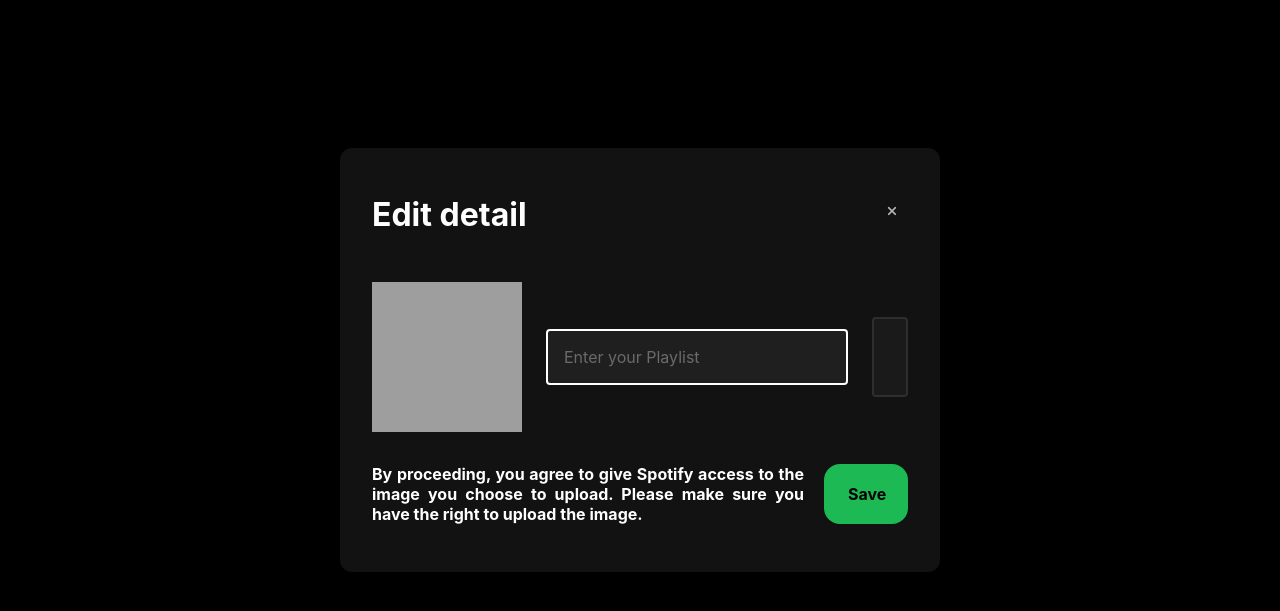
Repository: lannguyen1301/f8-zoom-module2
Page: nhap.html
An editor plug-in stored every save of this project. The page is shown before and after the next save, followed by the edit.
The browser window is 1280 px wide. The pictures show the whole page.
Pictures or frames that could not be fetched are drawn as grey boxes.

Above is the page before, as saved 2025-08-15 23:38:42.

After the next save:
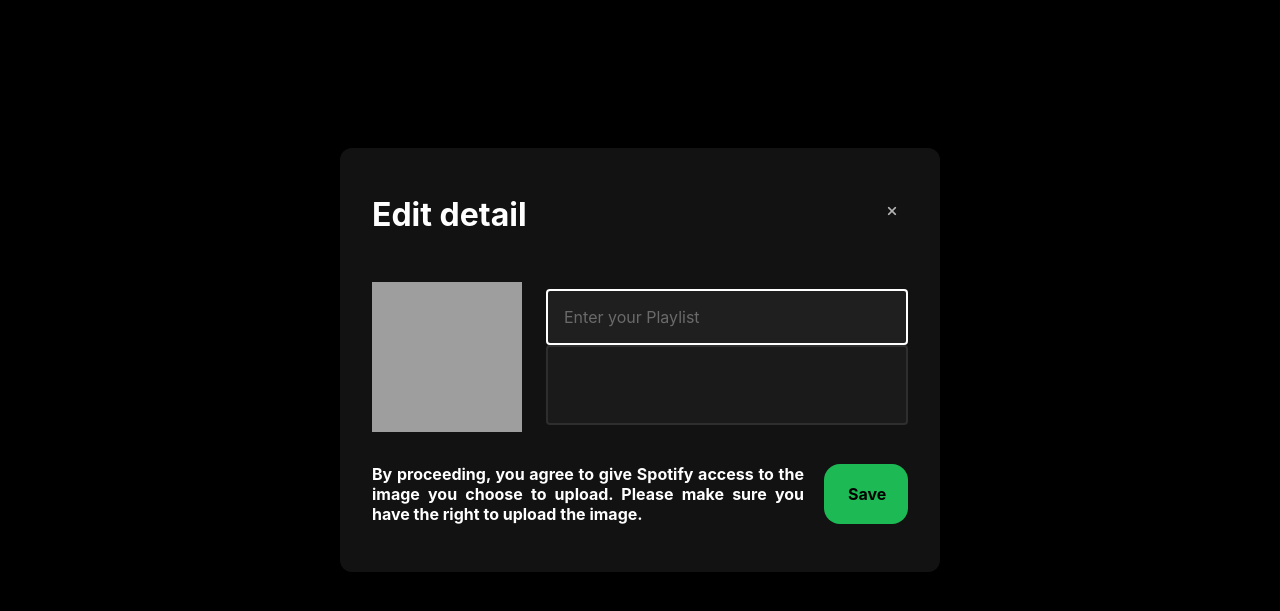
Saved 112 s later.
--- a/nhap.html
+++ b/nhap.html
@@ -108,7 +108,7 @@
                     <i class="fab fa-spotify"></i>
                 </div> -->
 
-                <!-- Sign Up Form -->
+                <!-- Edit detail -->
                 <div class="auth-form" id="signupForm" style="display: block;">
                     <div class="header-edit">
                         <h1 class="modal-heading header-edit-title">
@@ -129,19 +129,21 @@
                         </div>
 
                         <!-- My Playlist -->
-                        <div class="form-group">
-                            <!-- <label for="name">Display Name</label> -->
-                            <input type="text" name="name" id="name" class="form-input" maxlength="20" minlength="5"
-                                pattern="[" size="30" placeholder="Enter your Playlist" autocomplete="on"
-                                spellcheck="false" autofocus="">
-                        </div>
+                        <div class="edit-form-group">
+                            <div class="form-group">
+                                <!-- <label for="name">Display Name</label> -->
+                                <input type="text" name="name" id="name" class="form-input" maxlength="20" minlength="5"
+                                    pattern="[" size="30" placeholder="Enter your Playlist" autocomplete="on"
+                                    spellcheck="false" autofocus="">
+                            </div>
 
-                        <!-- textarea -->
-                        <div class="form-group">
-                            <label for="editor" onclick="editor.focus()" hidden>Nội dung</label>
-                            <div id="editor" class="editor" contenteditable="" placeholder="Nhập nội dung..."
-                                name="content" oninput="content.innerHTML = this.innerHTML"></div>
-                            <textarea id="content" name="content" hidden=""></textarea>
+                            <!-- textarea -->
+                            <div class="form-group">
+                                <label for="editor" onclick="editor.focus()" hidden>Nội dung</label>
+                                <div id="editor" class="editor" contenteditable="" placeholder="Nhập nội dung..."
+                                    name="content" oninput="content.innerHTML = this.innerHTML"></div>
+                                <textarea id="content" name="content" hidden=""></textarea>
+                            </div>
                         </div>
 
                     </form>
